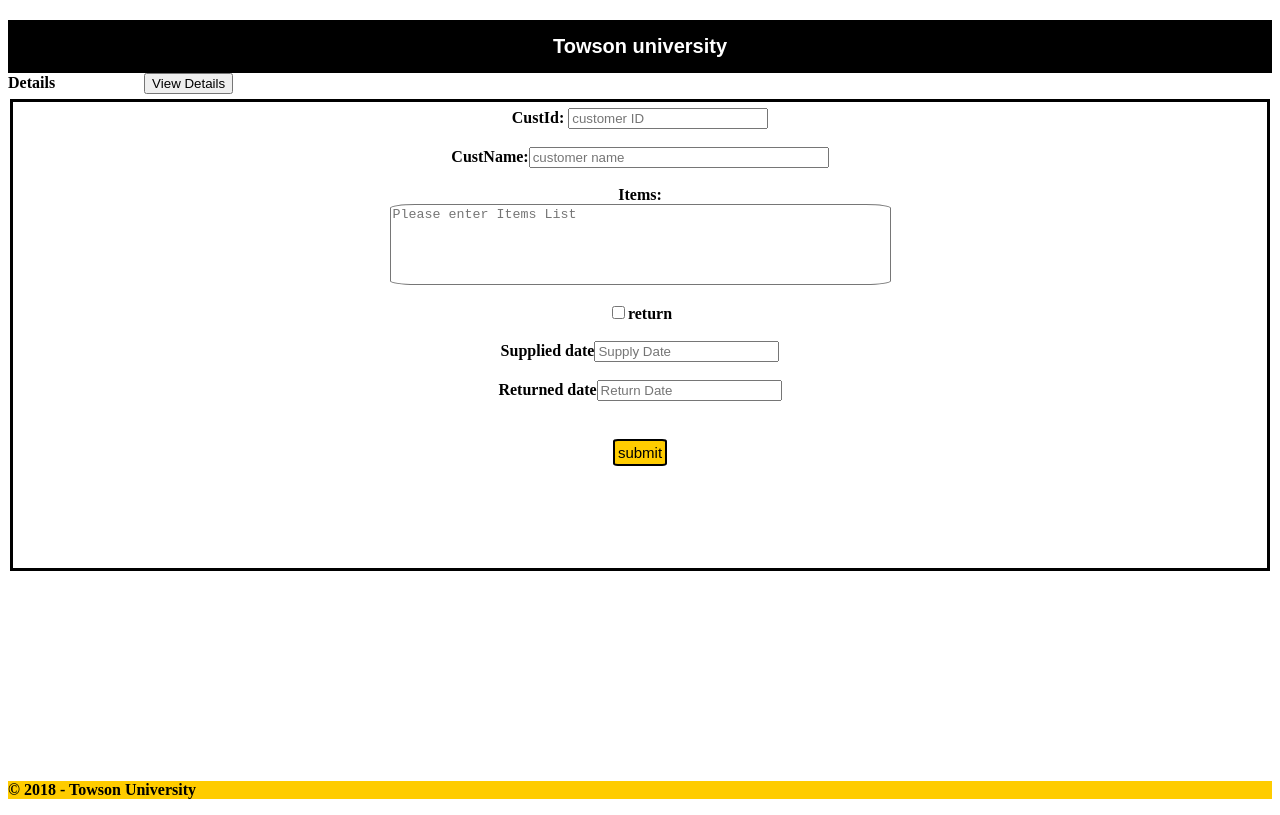
Repository: DatabaseCOSC578/eclipse-workspace11
Page: http://localhost/Supervisor/Supervisor.jsp
The author's editor kept a copy of each file at every save. The page is drawn from the files as they stood at one save, then again after the next save.
The browser window is 1280 px wide. The pictures show the whole page.
The page is served by Tomcat 9.

Above is the page before, as saved 2018-04-15 17:09:23.

After the next save:
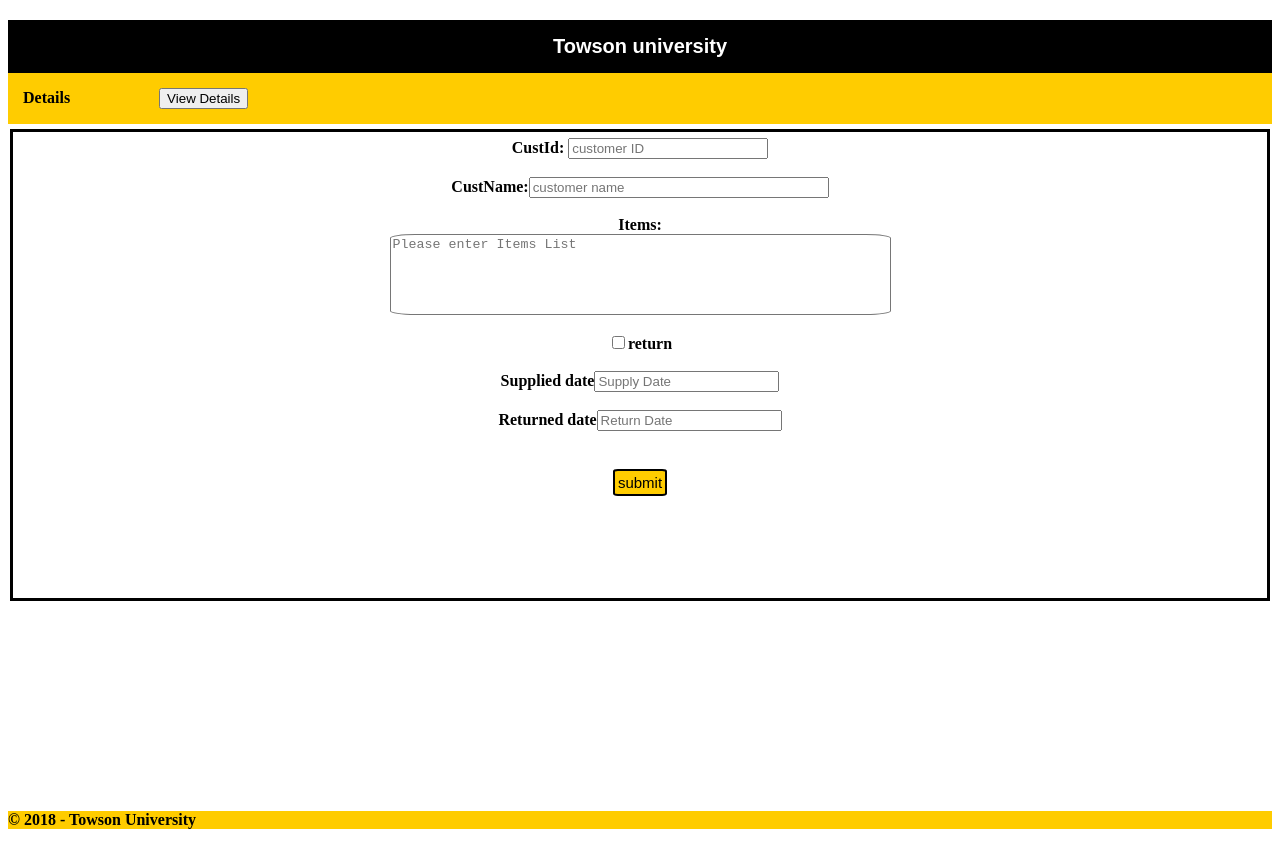
Saved 12 s later.
--- a/Supervisor/WebContent/css/layout1.css
+++ b/Supervisor/WebContent/css/layout1.css
@@ -14,7 +14,7 @@
 	font-weight:700;
 }
 
-p {
+div {
 	background-color: #fc0;
 	margin: 0;
 	margin-top:0;
